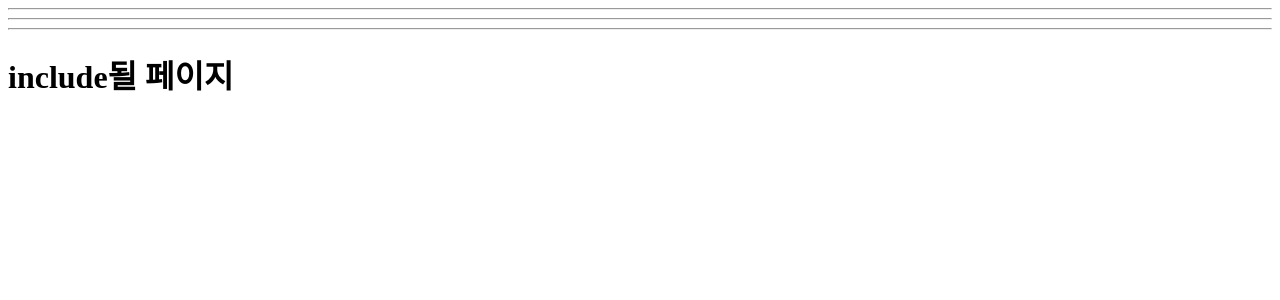
Repository: jaywagger/Spring2
Page: http://localhost/firstPro/jspTest/subPage.jsp
The author's editor kept a copy of each file at every save. The page is drawn from the files as they stood at one save, then again after the next save.
The browser window is 1280 px wide. The pictures show the whole page.
The page is served by Tomcat 9.

Above is the page before, as saved 2020-01-29 06:28:39.

After the next save:
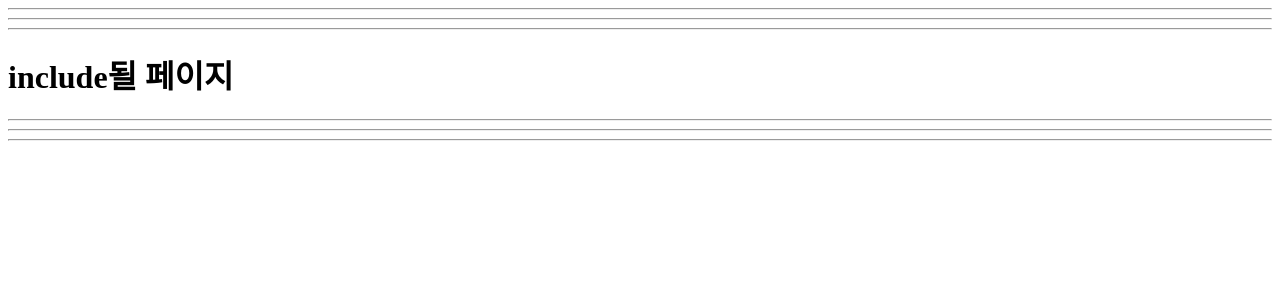
Saved 14 s later.
--- a/firstPro/src/main/webapp/jspTest/subPage.jsp
+++ b/firstPro/src/main/webapp/jspTest/subPage.jsp
@@ -9,6 +9,7 @@
 <body>
 	<hr/><hr/><hr/>
 	<h1>include될 페이지</h1>
+	<hr/><hr/><hr/>
 
 </body>
 </html>
